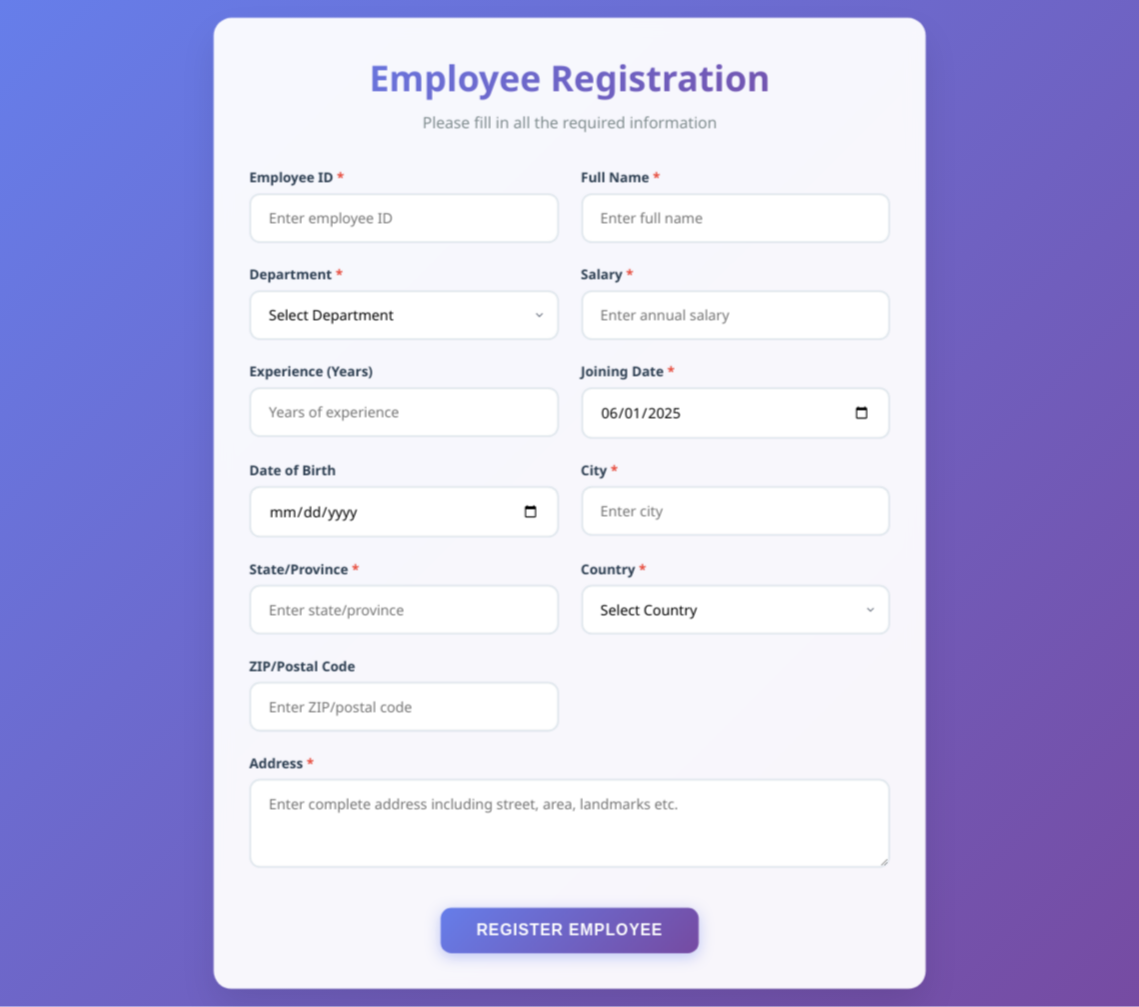
Repository: vishwasoni05/Spring_Boot
Page: http://localhost/Employee_Data/WEB-INF/views/home.jsp
An editor plug-in stored every save of this project. The page is shown before and after the next save, followed by the edit.
The browser window is 1280 px wide. The pictures show the whole page, at 89% of full size.
The page is served by Tomcat 9. Nobody is signed in. Other server files are loaded and not shown. The template is opened directly, without the code that normally fills it, so the values that code supplies are empty.

Above is the page before, as saved 2025-06-02 12:57:34.

### Employee_Data/src/main/webapp/WEB-INF/views/home.jsp
<!DOCTYPE html>
<html lang="en">
<head>
    <meta charset="UTF-8">
    <meta name="viewport" content="width=device-width, initial-scale=1.0">
    <title>Employee Registration Form</title>
    <style>
        * {
            margin: 0;
            padding: 0;
            box-sizing: border-box;
        }

        body {
            font-family: 'Segoe UI', Tahoma, Geneva, Verdana, sans-serif;
            background: linear-gradient(135deg, #667eea 0%, #764ba2 100%);
            min-height: 100vh;
            padding: 20px;
            display: flex;
            align-items: center;
            justify-content: center;
        }

        .form-container {
            background: rgba(255, 255, 255, 0.95);
            backdrop-filter: blur(10px);
            border-radius: 20px;
            box-shadow: 0 20px 40px rgba(0, 0, 0, 0.1);
            padding: 40px;
            width: 100%;
            max-width: 800px;
            animation: slideUp 0.8s ease-out;
        }

        @keyframes slideUp {
            from {
                opacity: 0;
                transform: translateY(30px);
            }
            to {
                opacity: 1;
                transform: translateY(0);
            }
        }

        .form-header {
            text-align: center;
            margin-bottom: 40px;
        }

        .form-header h1 {
            color: #2c3e50;
            font-size: 2.5rem;
            font-weight: 700;
            margin-bottom: 10px;
            background: linear-gradient(135deg, #667eea, #764ba2);
            -webkit-background-clip: text;
            -webkit-text-fill-color: transparent;
            background-clip: text;
        }

        .form-header p {
            color: #7f8c8d;
            font-size: 1.1rem;
        }

        .form-grid {
            display: grid;
            grid-template-columns: repeat(auto-fit, minmax(300px, 1fr));
            gap: 25px;
            margin-bottom: 30px;
        }

        .form-group {
            position: relative;
        }

        .form-group.full-width {
            grid-column: 1 / -1;
        }

        label {
            display: block;
            margin-bottom: 8px;
            color: #2c3e50;
            font-weight: 600;
            font-size: 0.95rem;
            transition: color 0.3s ease;
        }

        input, select, textarea {
            width: 100%;
            padding: 15px 20px;
            border: 2px solid #e1e8ed;
            border-radius: 12px;
            font-size: 1rem;
            font-family: inherit;
            transition: all 0.3s ease;
            background: #fff;
        }

        input:focus, select:focus, textarea:focus {
            outline: none;
            border-color: #667eea;
            box-shadow: 0 0 0 3px rgba(102, 126, 234, 0.1);
            transform: translateY(-2px);
        }

        input:hover, select:hover, textarea:hover {
            border-color: #bdc3c7;
        }

        select {
            cursor: pointer;
            background-image: url("data:[embedded picture, 218 characters]");
            background-position: right 12px center;
            background-repeat: no-repeat;
            background-size: 16px;
            padding-right: 40px;
            appearance: none;
        }

        textarea {
            resize: vertical;
            min-height: 100px;
        }

        .btn-container {
            text-align: center;
            margin-top: 40px;
        }

        .btn {
            display: inline-flex;
            align-items: center;
            justify-content: center;
            gap: 10px;
            padding: 15px 40px;
            background: linear-gradient(135deg, #667eea, #764ba2);
            color: white;
            border: none;
            border-radius: 12px;
            font-size: 1.1rem;
            font-weight: 600;
            cursor: pointer;
            transition: all 0.3s ease;
            text-transform: uppercase;
            letter-spacing: 1px;
            box-shadow: 0 4px 15px rgba(102, 126, 234, 0.4);
        }

        .btn:hover {
            transform: translateY(-3px);
            box-shadow: 0 8px 25px rgba(102, 126, 234, 0.6);
        }

        .btn:active {
            transform: translateY(-1px);
        }

        .required {
            color: #e74c3c;
        }

        .input-icon {
            position: relative;
        }

        .input-icon::before {
            content: '';
            position: absolute;
            left: 15px;
            top: 50%;
            transform: translateY(-50%);
            width: 20px;
            height: 20px;
            background-size: contain;
            background-repeat: no-repeat;
            z-index: 1;
        }

        @media (max-width: 768px) {
            .form-container {
                padding: 30px 20px;
                margin: 10px;
            }

            .form-header h1 {
                font-size: 2rem;
            }

            .form-grid {
                grid-template-columns: 1fr;
                gap: 20px;
            }

            .btn {
                width: 100%;
                padding: 18px;
            }
        }

        .success-message {
            display: none;
            background: linear-gradient(135deg, #00b894, #00cec9);
            color: white;
            padding: 15px;
            border-radius: 10px;
            margin-bottom: 20px;
            text-align: center;
            font-weight: 600;
        }
    </style>
</head>
<body>
    <div class="form-container">
        <div class="form-header">
            <h1>Employee Registration</h1>
            <p>Please fill in all the required information</p>
        </div>

        <div class="success-message" id="successMessage">
            Employee information submitted successfully! 🎉
        </div>

        <form id="employeeForm" action="/sent" method="post">
            <div class="form-grid">
                <div class="form-group">
                    <label for="emp_id">Employee ID <span class="required">*</span></label>
                    <input type="text" id="emp_id" name="emp_id" required placeholder="Enter employee ID">
                </div>

                <div class="form-group">
                    <label for="name">Full Name <span class="required">*</span></label>
                    <input type="text" id="name" name="name" required placeholder="Enter full name">
                </div>

                <div class="form-group">
                    <label for="department">Department <span class="required">*</span></label>
                    <select id="department" name="department" required>
                        <option value="">Select Department</option>
                        <option value="Human Resources">Human Resources</option>
                        <option value="Information Technology">Information Technology</option>
                        <option value="Finance">Finance</option>
                        <option value="Marketing">Marketing</option>
                        <option value="Sales">Sales</option>
                        <option value="Operations">Operations</option>
                        <option value="Customer Service">Customer Service</option>
                        <option value="Research & Development">Research & Development</option>
                        <option value="Legal">Legal</option>
                        <option value="Administration">Administration</option>
                    </select>
                </div>

                <div class="form-group">
                    <label for="salary">Salary <span class="required">*</span></label>
                    <input type="number" id="salary" name="salary" required placeholder="Enter annual salary" min="0" step="1000">
                </div>

                <div class="form-group">
                    <label for="experience">Experience (Years)</label>
                    <input type="number" id="experience" name="experience" placeholder="Years of experience" min="0" max="50">
                </div>

                <div class="form-group">
                    <label for="joining_date">Joining Date <span class="required">*</span></label>
                    <input type="date" id="joining_date" name="joining_date" required>
                </div>

                <div class="form-group">
                    <label for="date_of_birth">Date of Birth</label>
                    <input type="date" id="date_of_birth" name="date_of_birth">
                </div>

                <div class="form-group">
                    <label for="city">City <span class="required">*</span></label>
                    <input type="text" id="city" name="city" required placeholder="Enter city">
                </div>

                <div class="form-group">
                    <label for="state">State/Province <span class="required">*</span></label>
                    <input type="text" id="state" name="state" required placeholder="Enter state/province">
                </div>

                <div class="form-group">
                    <label for="country">Country <span class="required">*</span></label>
                    <select id="country" name="country" required>
                        <option value="">Select Country</option>
                        <option value="India">India</option>
                        <option value="United States">United States</option>
                        <option value="Canada">Canada</option>
                        <option value="United Kingdom">United Kingdom</option>
                        <option value="Australia">Australia</option>
                        <option value="Germany">Germany</option>
                        <option value="France">France</option>
                        <option value="Japan">Japan</option>
                        <option value="China">China</option>
                        <option value="Other">Other</option>
                    </select>
                </div>

                <div class="form-group">
                    <label for="zip_code">ZIP/Postal Code</label>
                    <input type="text" id="zip_code" name="zip_code" placeholder="Enter ZIP/postal code">
                </div>

                <div class="form-group full-width">
                    <label for="address">Address <span class="required">*</span></label>
                    <textarea id="address" name="address" required placeholder="Enter complete address including street, area, landmarks etc."></textarea>
                </div>
            </div>

            <div class="btn-container">
                <button type="submit" class="btn">
                    <span>Register Employee</span>
                </button>
            </div>
        </form>
    </div>

    <script>
        document.getElementById('employeeForm').addEventListener('submit', function(e) {
            e.preventDefault();

            // Show success message
            const successMessage = document.getElementById('successMessage');
            successMessage.style.display = 'block';
            successMessage.scrollIntoView({ behavior: 'smooth' });

            // Reset form after a short delay
            setTimeout(() => {
                this.reset();
                successMessage.style.display = 'none';
            }, 3000);
        });

        // Add some interactive enhancements
        const inputs = document.querySelectorAll('input, select, textarea');
        inputs.forEach(input => {
            input.addEventListener('focus', function() {
                this.parentElement.style.transform = 'scale(1.02)';
            });

            input.addEventListener('blur', function() {
                this.parentElement.style.transform = 'scale(1)';
            });
        });

        // Set default joining date to today
        document.getElementById('joining_date').valueAsDate = new Date();
    </script>
</body>
</html>

After the next save:
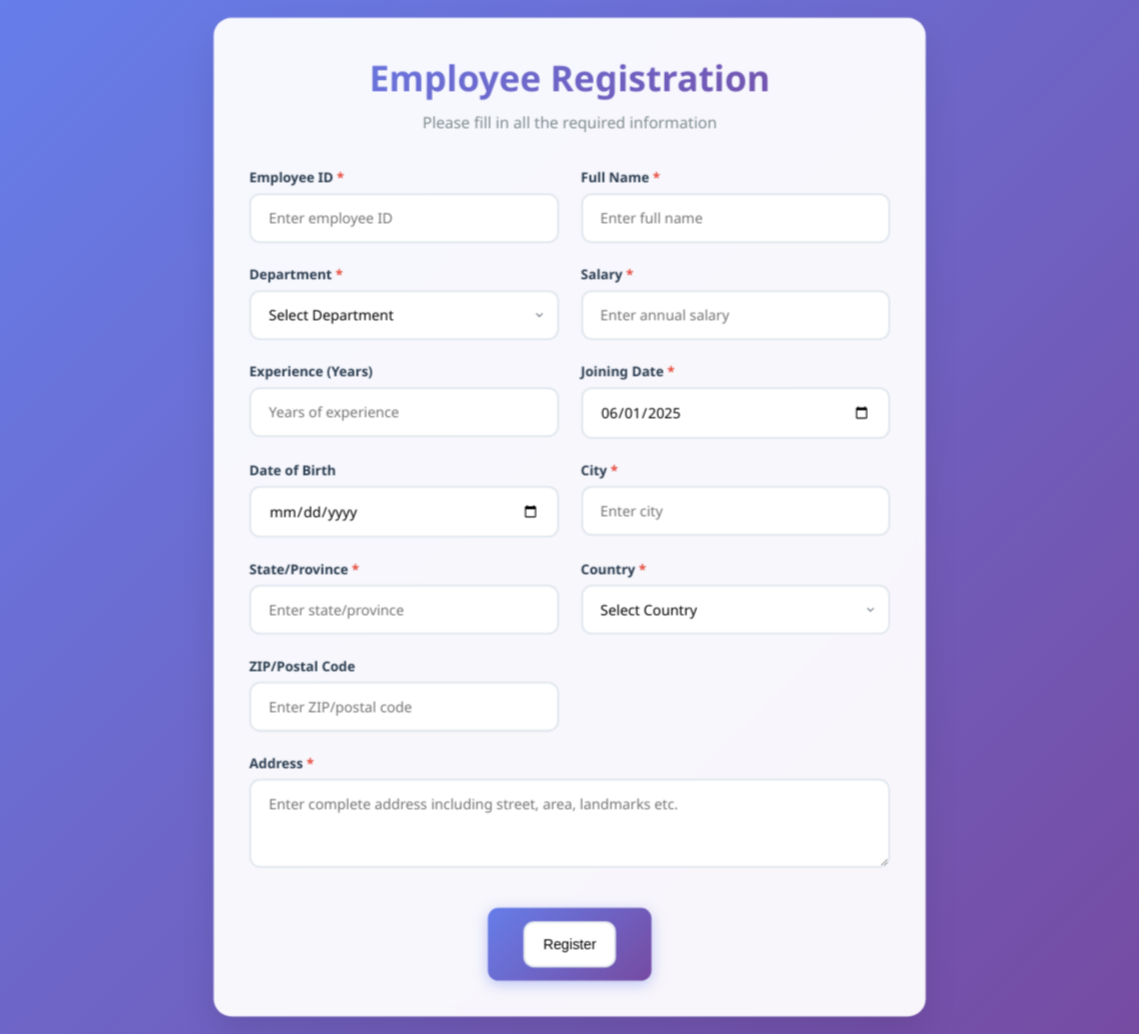
Saved 3 min 20 s later.
--- a/Employee_Data/src/main/webapp/WEB-INF/views/home.jsp
+++ b/Employee_Data/src/main/webapp/WEB-INF/views/home.jsp
@@ -312,7 +312,7 @@
 
             <div class="btn-container">
                 <button type="submit" class="btn">
-                    <span>Register Employee</span>
+					<input type="submit" value="Register" />
                 </button>
             </div>
         </form>
